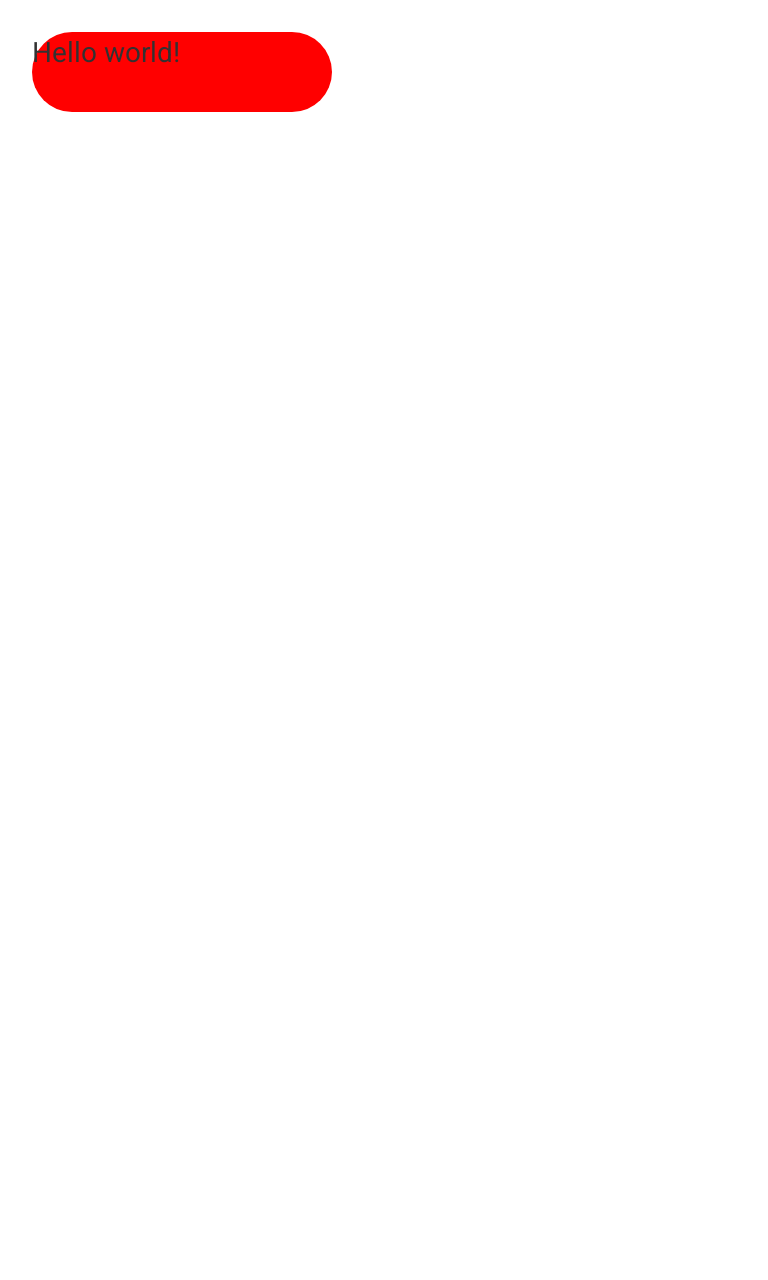
Repository: christianchi/di
Layout: 09 Drawable/DrawableXml/res/layout/activity_main.xml
An editor plug-in stored every save of this project. The layout is shown before and after the next save, followed by the edit.
It is drawn on a 768 x 1280 px phone screen (xhdpi) without system bars, with theme AppTheme; the app's code is not run.

Above is the layout before, as saved 2014-01-22 08:33:37.

After the next save:
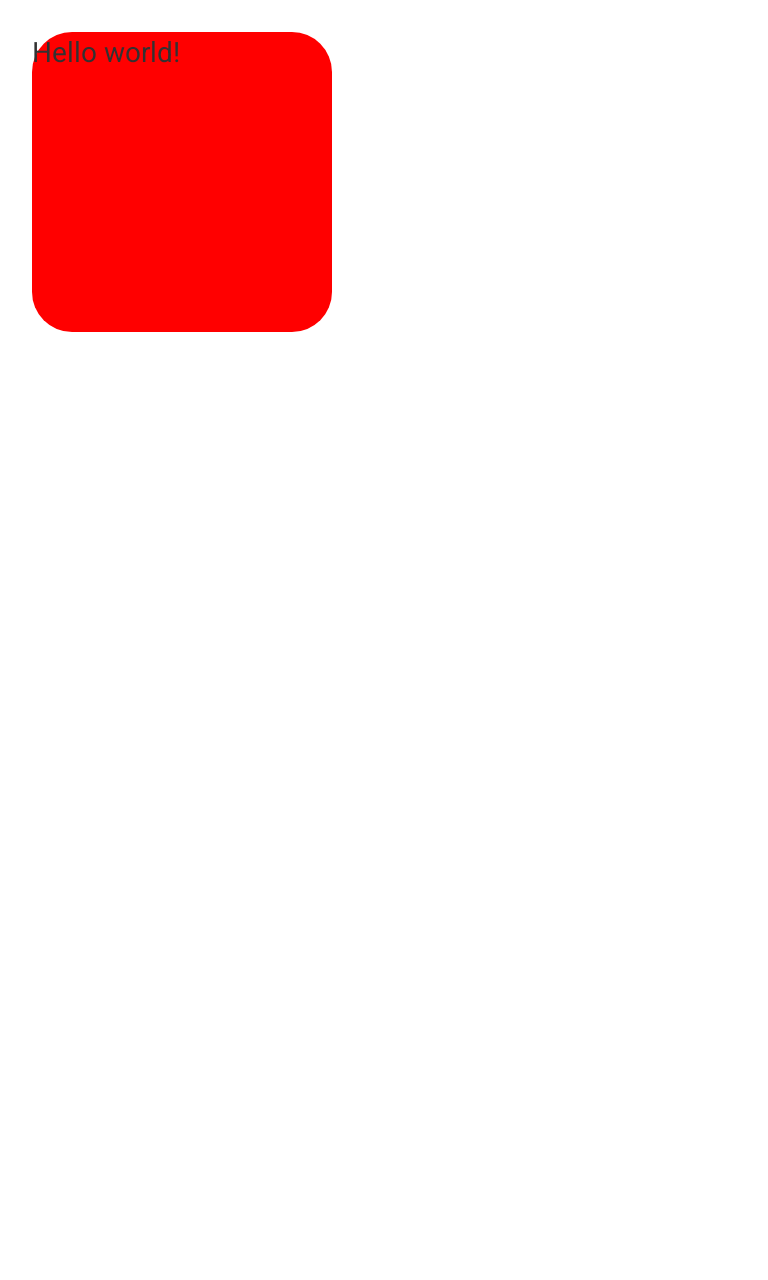
Saved 7 s later.
--- a/09 Drawable/DrawableXml/res/layout/activity_main.xml
+++ b/09 Drawable/DrawableXml/res/layout/activity_main.xml
@@ -10,7 +10,7 @@
 
     <TextView
         android:layout_width="150dp"
-        android:layout_height="40dp"
+        android:layout_height="150dp"
         android:text="@string/hello_world"
         android:background="@drawable/bg_shape" />
 
